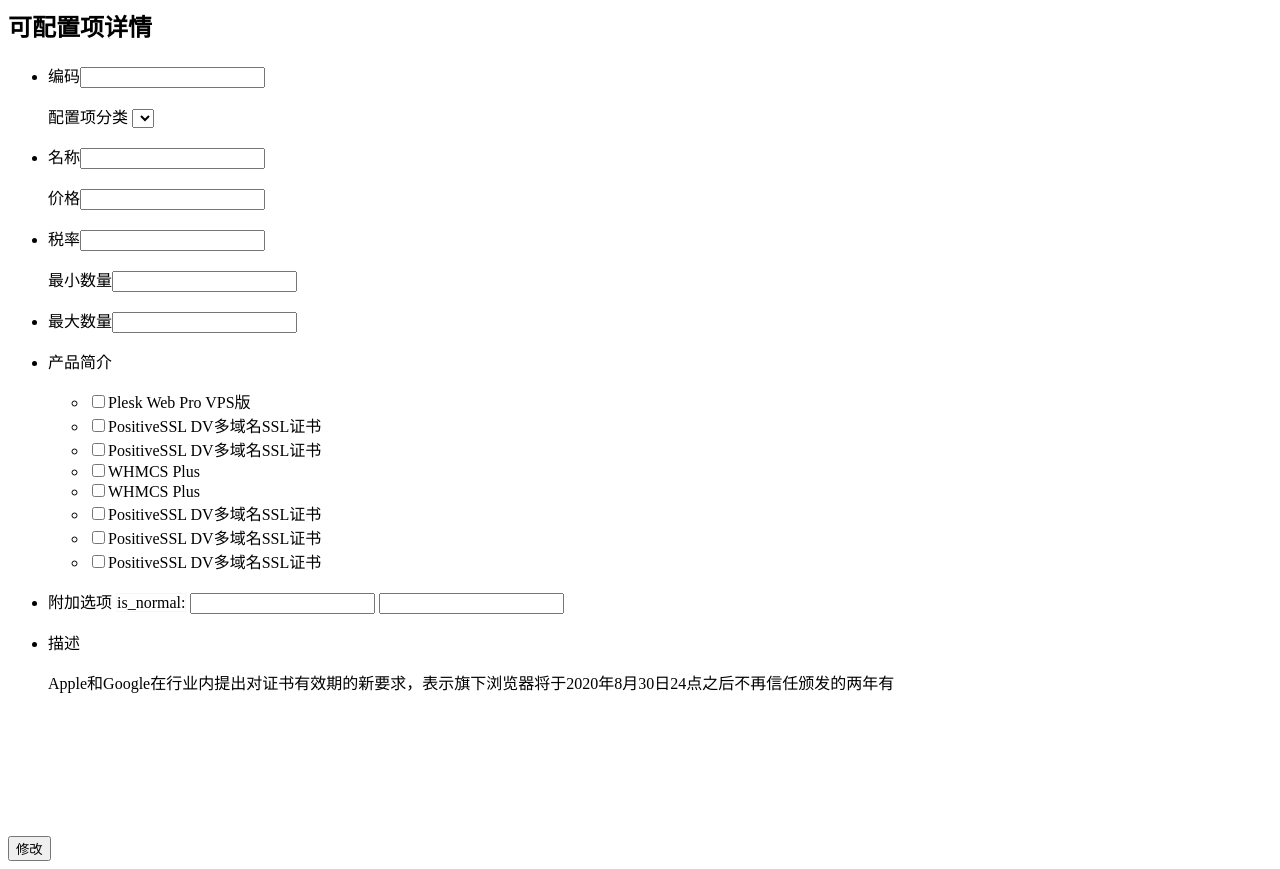
Repository: wangyan466393/racentSystem
Page: configurableDetail.html
The author's editor kept a copy of each file at every save. The page is drawn from the files as they stood at one save, then again after the next save.
The browser window is 1280 px wide. The pictures show the whole page.

Above is the page before, as saved 2020-08-12 15:47:29.

After the next save:
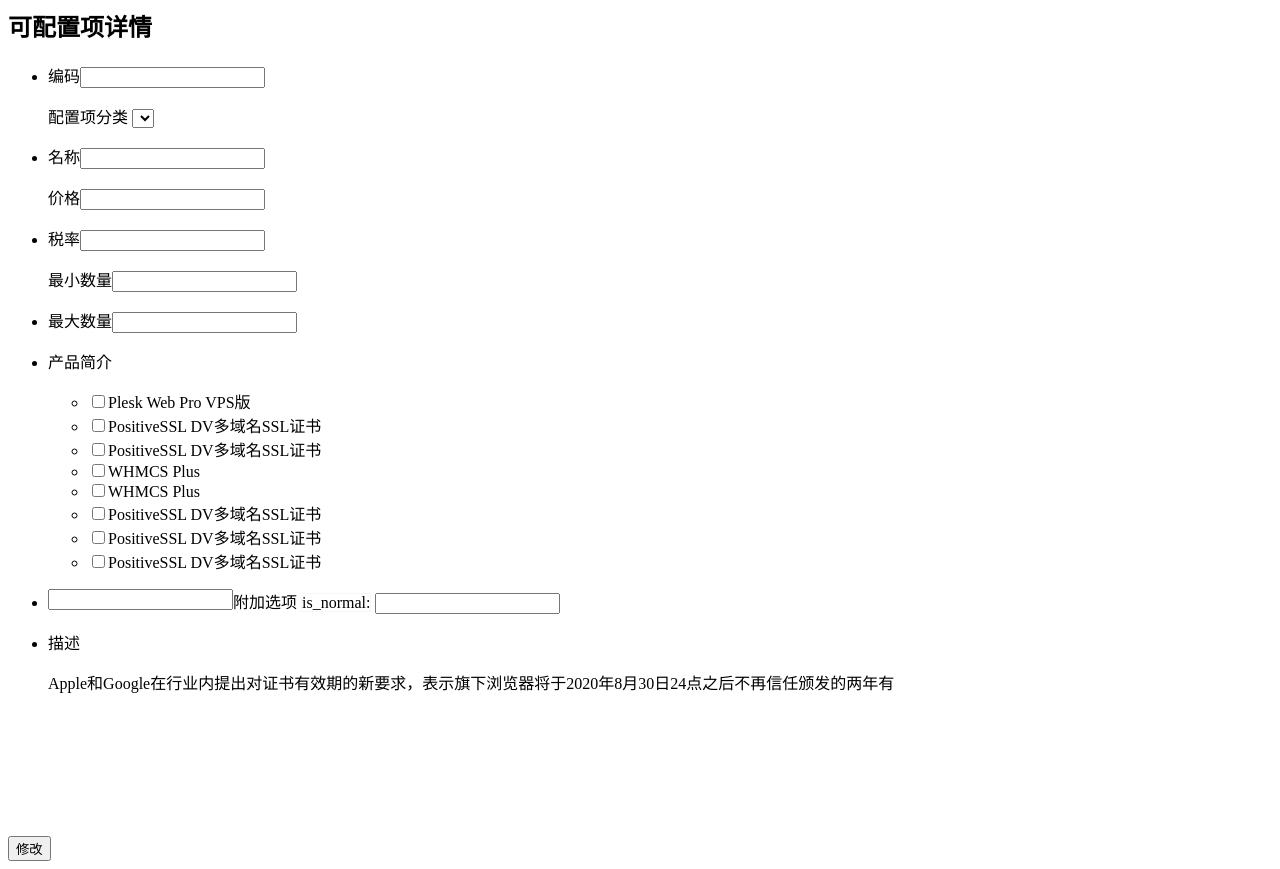
Saved 24 s later.
--- a/configurableDetail.html
+++ b/configurableDetail.html
@@ -77,7 +77,7 @@
                     <span>附加选项</span>
                     <label for="">
                         <span style="border: 1px solid #f6f6f6;">is_normal:</span>
-                        <input type="text" class="config_inp" style="">
+                        <input type="text" class="config_inp" style="float: left;">
                     </label>
                     <input type="text" class="config_inp">
                 </p>

After the save that followed:
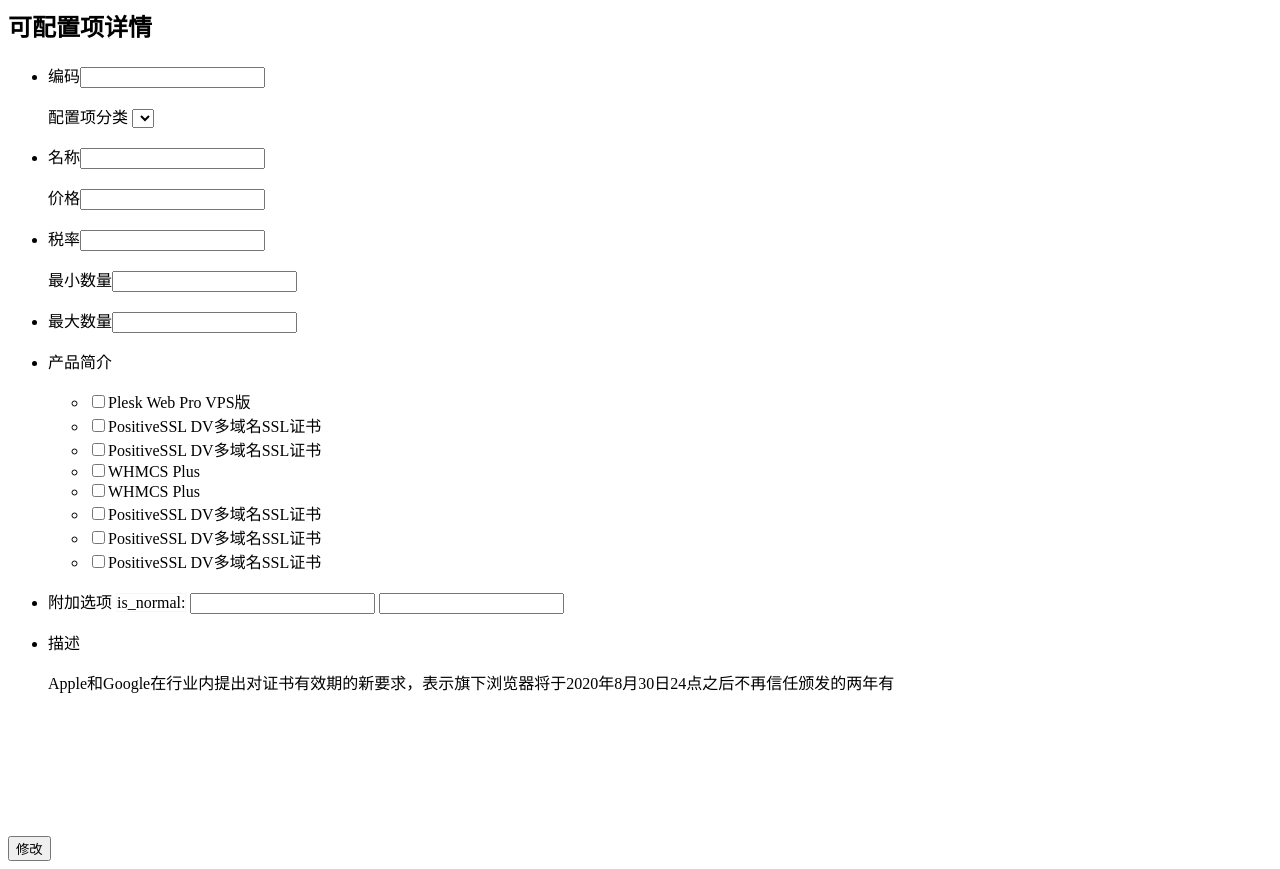
Saved 19 s later.
--- a/configurableDetail.html
+++ b/configurableDetail.html
@@ -77,7 +77,7 @@
                     <span>附加选项</span>
                     <label for="">
                         <span style="border: 1px solid #f6f6f6;">is_normal:</span>
-                        <input type="text" class="config_inp" style="float: left;">
+                        <input type="text" class="config_inp" style="">
                     </label>
                     <input type="text" class="config_inp">
                 </p>
